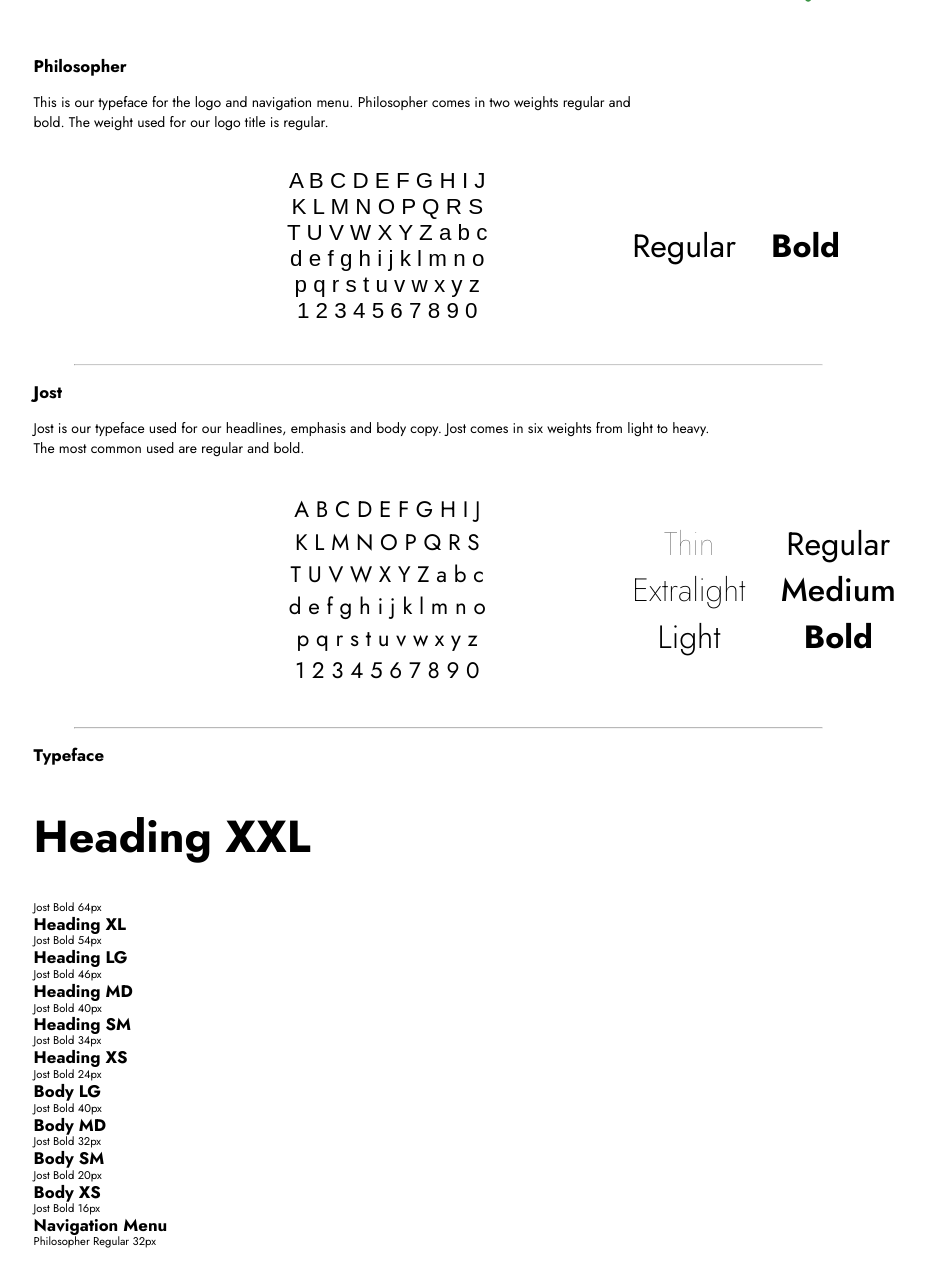
Repository: jjennbui/seedsprout_styleguide
Page: pages/typography.html
The author's editor kept a copy of each file at every save. The page is drawn from the files as they stood at one save, then again after the next save.
The browser window is 1280 px wide. The page is 1330 px wide, so the pictures cover 1330 px, including what lies to the right of the window. The pictures show the part of the page from y = 710 to 2550 px (the page is 2550 px tall before and 2462 px after), at 70% of full size.
Some web fonts or font styles are not loaded; a fallback is used.

Above is the page before, as saved 2023-03-11 00:10:15.

After the next save:
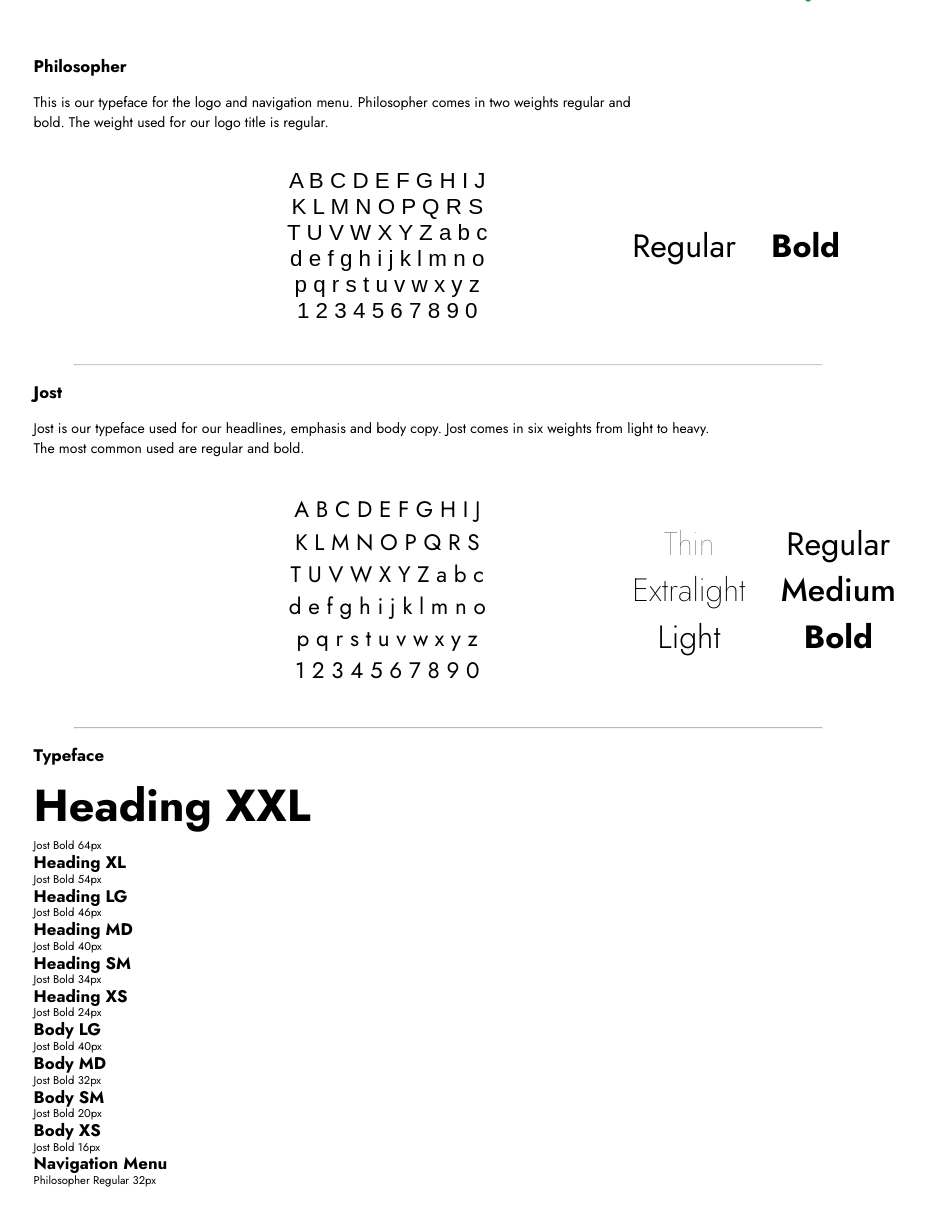
Saved 13 s later.
--- a/styles/typography.css
+++ b/styles/typography.css
@@ -168,9 +168,7 @@
 
 font-size: 64px;
 font-weight: 700;
-line-height: 92px;
-letter-spacing: 0em;
-text-align: left;
+
 
 }
 
